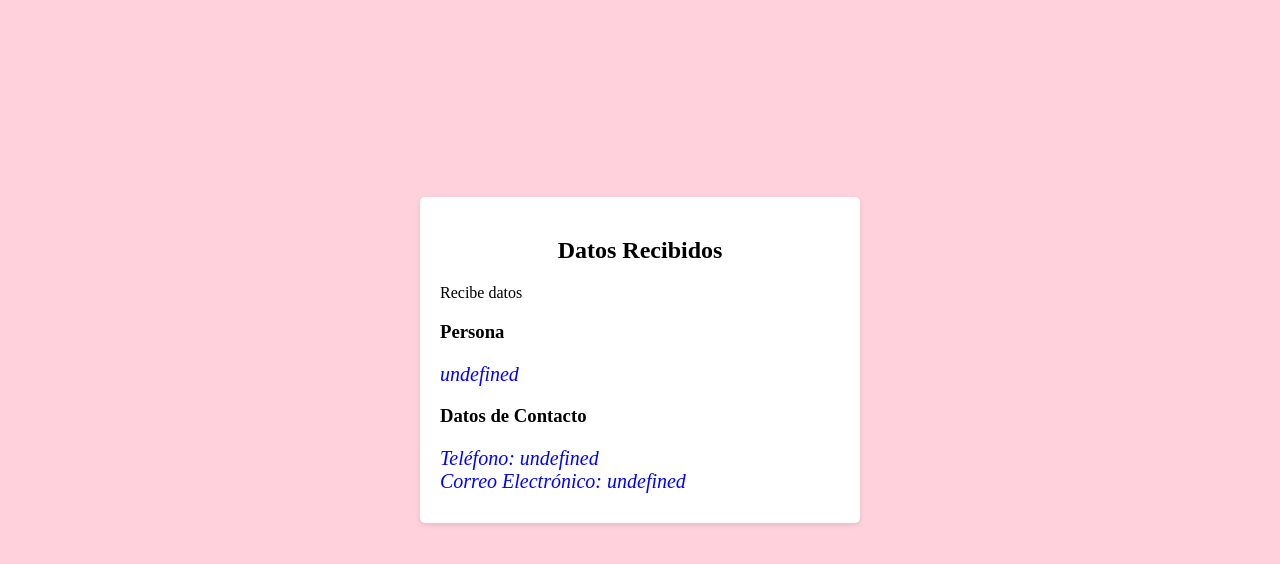
Repository: UVMCoyoacan/InnovaWeb
Page: recibedatosCV.html
An editor plug-in stored every save of this project. The page is shown before and after the next save, followed by the edit.
The browser window is 1280 px wide. The pictures show the whole page.

Above is the page before, as saved 2024-03-01 11:34:21.

### recibedatosCV.html
<!DOCTYPE html>
<html>
<head>
    <title>Recibe Datos</title>
    <style>
        body {
            font-family: 'Times New Roman', Times, serif;
            background-color: #ffd1dc;
            margin: 0;
            padding: 0;
            display: flex;
            justify-content: center;
            align-items: center;
            height: 100vh;
        }
        .container {
            width: 400px;
            padding: 20px;
            background-color: #fff;
            border-radius: 5px;
            box-shadow: 0 2px 5px rgba(0, 0, 0, 0.1);
        }
        h2 {
            margin-bottom: 20px;
            text-align: center;
        }
        p {
            margin-bottom: 10px;
        }
        .dato {
            font-style: italic;
            color: blue;
            font-size: 20px;
        }
    </style>
</head>
<body>
    <div class="container">
        <h2>Datos Recibidos</h2>
        <p>Recibe datos</p>

        <h3>Persona</h3>
        <p class="dato" id="Persona"></p>

        <h3>Datos de Contacto</h3>
        <p class="dato" id="Detalles"></p>
    </div>

    <script>
        function getUrlVars() {
            var vars = {};
            var parts = window.location.href.replace(/[?&]+([^=&]+)=([^&]*)/gi, function (m, key, value) {
                vars[key] = value;
            });
            return vars;
        }

        var params = getUrlVars();
        var nombre = decodeURIComponent(params["nombre"]);
        var telefono = decodeURIComponent(params["telefono"]);
        var correo = decodeURIComponent(params["email"]);

        var nomper = document.getElementById("Persona");
        var datPers = document.getElementById("Detalles");
        nomper.textContent = nombre;
        datPers.innerHTML = "Teléfono: " + telefono + "<br>Correo Electrónico: " + correo;
    </script>
</body>
</html>

After the next save:
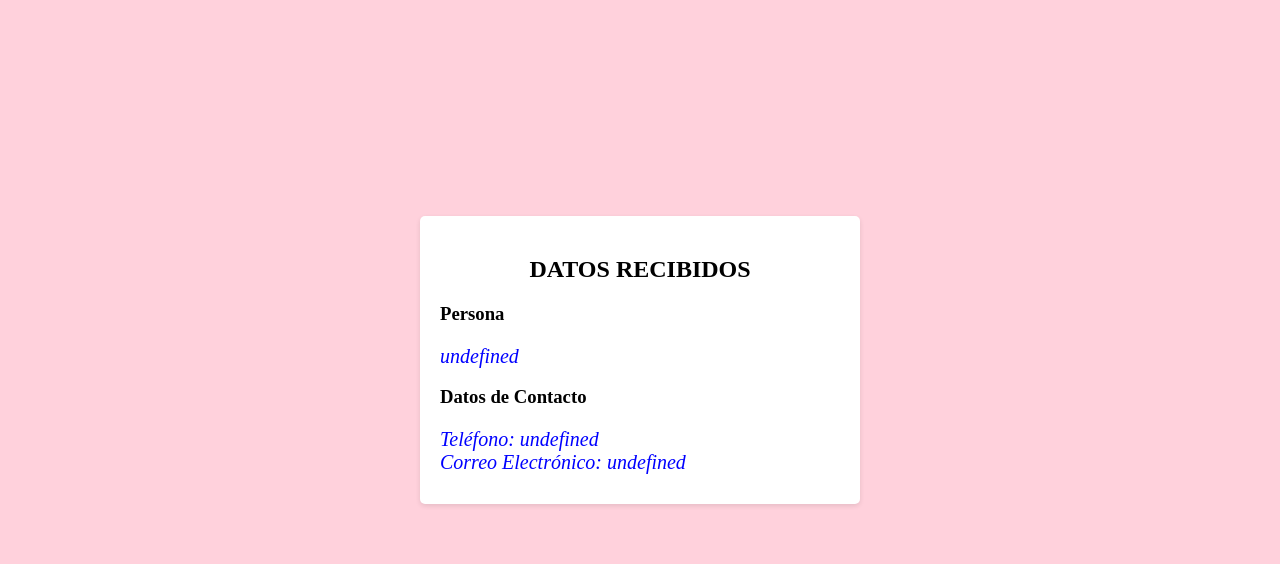
Saved 33 s later.
--- a/recibedatosCV.html
+++ b/recibedatosCV.html
@@ -36,8 +36,7 @@
 </head>
 <body>
     <div class="container">
-        <h2>Datos Recibidos</h2>
-        <p>Recibe datos</p>
+        <h2>DATOS RECIBIDOS</h2>
 
         <h3>Persona</h3>
         <p class="dato" id="Persona"></p>
